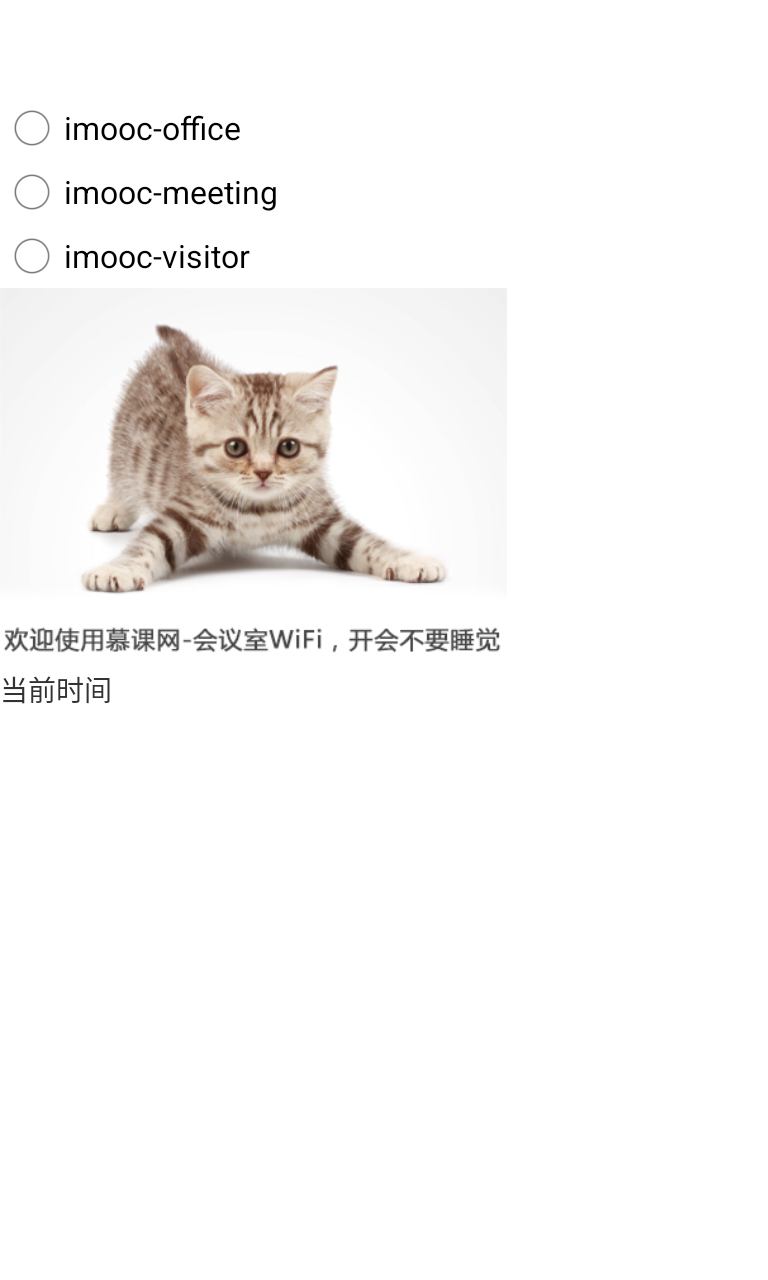
Repository: ling-cen/demo
Layout: Wifi_App/res/layout/activity_layout.xml
These files come from the project's save history. The layout is drawn as it stood at one moment and after the next save; the edit follows.
It is drawn on a 768 x 1280 px phone screen (xhdpi) without system bars, with theme AppTheme; the app's code is not run.

Above is the layout before, as saved 2018-12-13 17:03:06.

### Wifi_App/res/layout/activity_layout.xml
<?xml version="1.0" encoding="utf-8"?>
<LinearLayout xmlns:android="http://schemas.android.com/apk/res/android"
    android:layout_width="match_parent"
    android:layout_height="match_parent"
    android:orientation="vertical" >

    <LinearLayout
        android:id="@+id/visi_layout"
        android:layout_width="match_parent"
        android:layout_height="wrap_content"
        android:background="#FFFFFF"
        android:visibility="invisible"
        android:orientation="horizontal" >

        <TextView
            android:layout_width="0dp"
            android:layout_height="match_parent"
            android:layout_weight="1"
            android:text="@string/wifi" />

        <ToggleButton
            android:id="@+id/wifi_off"
            android:layout_width="0dp"
            android:layout_height="wrap_content"
            android:layout_weight="1"
            android:checked="false"
            android:textOff="打开局域网"
            android:textOn="关闭局域网" >
        </ToggleButton>
    </LinearLayout>

    <LinearLayout
        android:layout_width="match_parent"
        android:layout_height="wrap_content"
        android:background="#FFFFFF"
        android:orientation="vertical" >

        <RadioGroup
            android:layout_width="match_parent"
            android:layout_height="wrap_content"
            android:background="#FFFFFF" >

            <RadioButton
                android:id="@+id/imooc_offoce"
                android:layout_width="wrap_content"
                android:layout_height="wrap_content"
                android:text="@string/office" />

            <RadioButton
                android:id="@+id/imooc_meeting"
                android:layout_width="wrap_content"
                android:layout_height="wrap_content"
                android:text="@string/meeting" />

            <RadioButton
                android:id="@+id/imooc_visitor"
                android:layout_width="wrap_content"
                android:layout_height="wrap_content"
                android:text="@string/visitor" />
        </RadioGroup>
    </LinearLayout>

    <ImageView
        android:id="@+id/image_view"
        android:layout_width="match_parent"
        android:layout_height="190dp"
        android:background="#FFFFFF"
        android:contentDescription="@string/alt"
        android:scaleType="fitStart"
        android:src="@drawable/meeting" />

    <TextView
        android:id="@+id/is_time"
        android:layout_width="match_parent"
        android:layout_height="wrap_content"
        android:text="@string/isTime" />
</LinearLayout>

### Wifi_App/res/values/strings.xml
<?xml version="1.0" encoding="utf-8"?>
<resources>

    <string name="app_name">Wifi_App</string>
    <string name="hello_world">Hello world!</string>
    <string name="action_settings">Settings</string>
    <string name="wifi">无线局域网</string>
    <string name="wifi_off">关闭局域网</string>
    <string name="wifi_on">打开局域网</string>
    <string name="office">imooc-office</string>
    <string name="meeting">imooc-meeting</string>
    <string name="visitor">imooc-visitor</string>
    <string name="isTime">当前时间</string>
    <string name="alt">alt</string>
</resources>

Loaded but not shown: Wifi_App/res/values/styles.xml (common file); Wifi_App/res/values-v11/styles.xml (common file); Wifi_App/res/values-v14/styles.xml (common file)

After the next save:
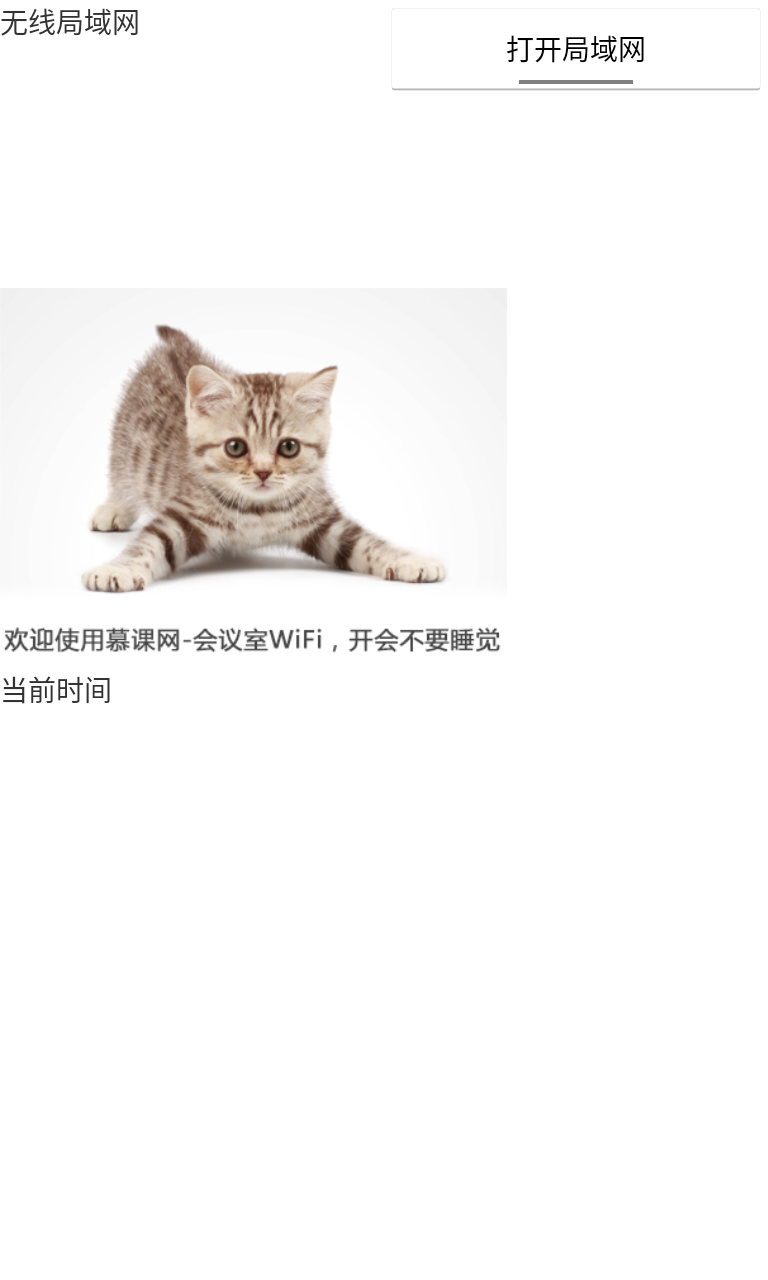
Saved 15 s later.
--- a/Wifi_App/res/layout/activity_layout.xml
+++ b/Wifi_App/res/layout/activity_layout.xml
@@ -9,7 +9,7 @@
         android:layout_width="match_parent"
         android:layout_height="wrap_content"
         android:background="#FFFFFF"
-        android:visibility="invisible"
+
         android:orientation="horizontal" >
 
         <TextView
@@ -32,6 +32,7 @@
     <LinearLayout
         android:layout_width="match_parent"
         android:layout_height="wrap_content"
+        android:visibility="invisible"
         android:background="#FFFFFF"
         android:orientation="vertical" >
 
